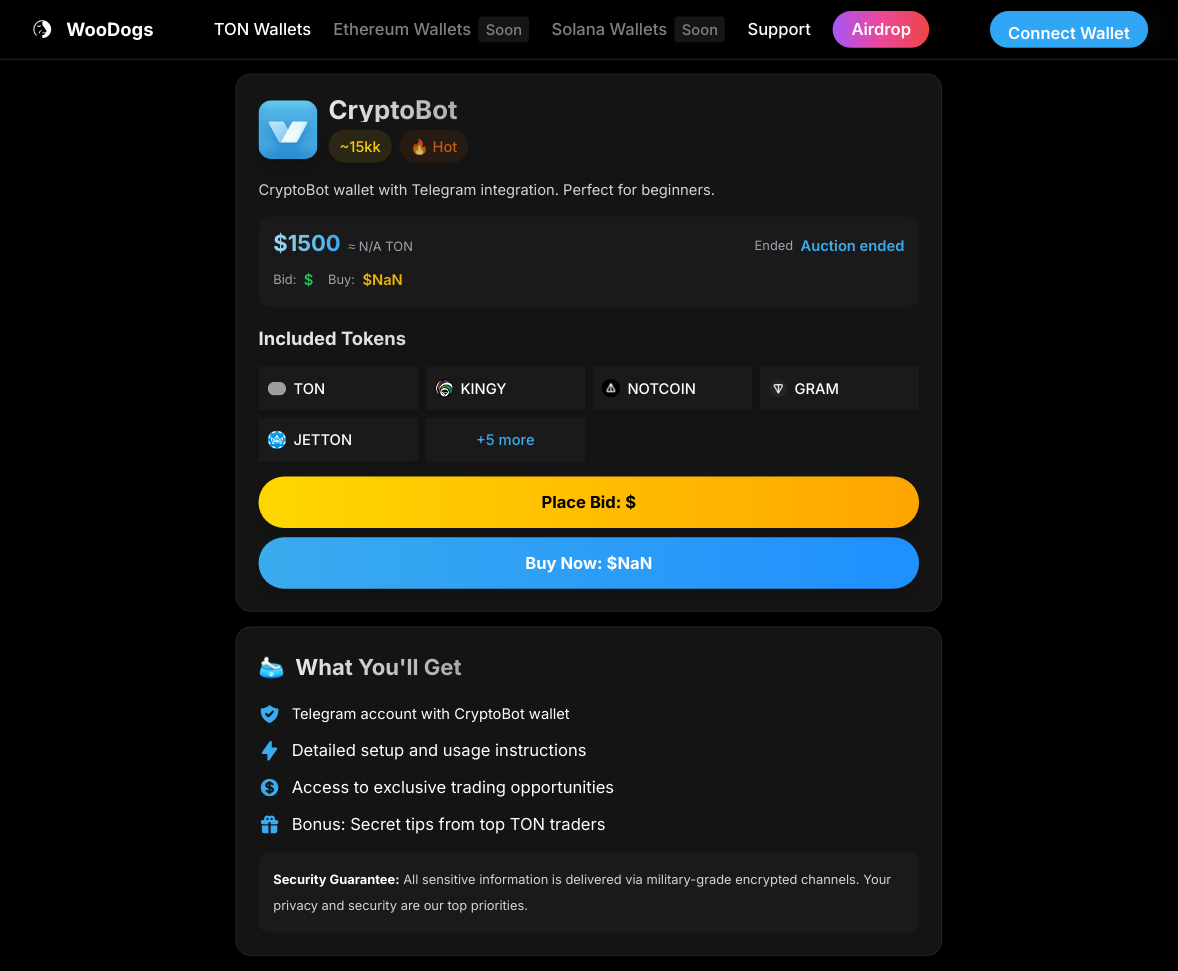
Repository: itititi/woofdogs_off
Page: /wallet/cryptobot-1
The author's editor kept a copy of each file at every save. The page is drawn from the files as they stood at one save, then again after the next save.
The browser window is 1280 px wide. The pictures show the whole page, at 92% of full size.
Pictures or frames that could not be fetched are drawn as grey boxes. The page's requests for data from a server got no answer. The project was rebuilt for these pictures with package versions that can differ from the ones it lists, and the page was loaded fresh each time. The framework's server and built-in components were replaced by stand-ins that run in the browser. No one was signed in, and anything a server would have sent is missing. Also part of the build but not shown: next.config.mjs.

Above is the page before, as saved 2024-10-30 23:36:22.

### src/app/layout.tsx
import type { Metadata } from "next";
import { Inter } from "next/font/google";
import "./globals.css";
import { SearchProvider } from '@/components/SearchContext';
import { LanguageProvider } from '@/contexts/LanguageContext';

const inter = Inter({ subsets: ["latin"] });

export const metadata: Metadata = {
  title: "WooDogs",
  description: "Buy and sell TON wallets",
  metadataBase: new URL('https://woodogs.com'),
  alternates: {
    canonical: '/',
    languages: {
      'en-US': '/en-US',
    },
  },
};

export default function RootLayout({
  children,
}: Readonly<{
  children: React.ReactNode;
}>) {
  return (
    <html lang="en" className="bg-black" suppressHydrationWarning>
      <head>
        <link rel="preload" href="/dogs.gif" as="image" />
        <link rel="preload" href="/invite.gif" as="image" />
        <link rel="preload" href="/flag.gif" as="image" />
        <link rel="preload" href="/history.gif" as="image" />
        <link rel="preload" href="/inside.gif" as="image" />
        <link rel="preload" href="/notfound.gif" as="image" />
        <link rel="preload" href="/dogs.webp" as="image" />
        <link rel="preload" href="/invite.webp" as="image" />
        <link rel="preload" href="/success.gif" as="image" />
      </head>
      <body className={`${inter.className} bg-black text-white min-h-screen overflow-x-hidden`}>
        <LanguageProvider>
          <SearchProvider>
            <div className="bg-black min-h-screen flex flex-col">
              {children}
            </div>
          </SearchProvider>
        </LanguageProvider>
      </body>
    </html>
  );
}

### src/app/wallet/[id]/page.tsx
'use client';

import React, { useEffect, useState, useMemo } from 'react';
import Image from 'next/image';
import { getWalletData } from '@/data/getWalletData';
import { useRouter } from 'next/navigation';
import Header from '@/components/Header';
import WalletSkeleton from '@/components/WalletSkeleton';
import { WalletOffer } from '@/data/walletOffers';

interface WalletPageProps {
  params: {
    id: string;
  };
}

const getWalletContents = (walletName: string) => {
  switch (walletName) {
    case 'CryptoBot':
      return "Telegram account with CryptoBot wallet";
    case 'TON Wallet':
      return "TON Wallet account";
    case 'TON Space':
      return "Seed phrases for TON Space wallet";
    default:
      return "Wallet account details";
  }
};

export default function WalletPage({ params }: WalletPageProps) {
  const [wallet, setWallet] = useState<WalletOffer | null>(null);
  const [tonAmount, setTonAmount] = useState<string>('N/A');
  const [isLoading, setIsLoading] = useState(true);
  const router = useRouter();
  const [timeLeft, setTimeLeft] = useState<string>('');
  const [isAuctionEnded, setIsAuctionEnded] = useState(false);

  const additionalTokensCount = useMemo(() => {
    if (!wallet) return 5;
    const seed = params.id.split('').reduce((acc, char) => acc + char.charCodeAt(0), 0);
    return 5 + (seed % 6);
  }, [params.id, wallet]);

  const auctionEndTime = useMemo(() => {
    if (typeof window === 'undefined') return 0;
    const storedEndTime = localStorage.getItem(`auctionEndTime_${params.id}`);
    if (storedEndTime) {
      return parseInt(storedEndTime, 10);
    }
    const seed = params.id.split('').reduce((acc, char) => acc + char.charCodeAt(0), 0);
    const random = Math.sin(seed) * 10000;
    const hours = Math.floor(random % 48);
    const endTime = Date.now() + hours * 3600000;
    localStorage.setItem(`auctionEndTime_${params.id}`, endTime.toString());
    return endTime;
  }, [params.id]);

  useEffect(() => {
    const fetchData = async () => {
      setIsLoading(true);
      const walletData = await getWalletData(params.id);
      if (!walletData) {
        router.push('/404');
        return;
      }
      setWallet(walletData);

      try {
        const response = await fetch('https://api.coingecko.com/api/v3/simple/price?ids=the-open-network&vs_currencies=usd');
        const data = await response.json();
        const tonPrice = data['the-open-network'].usd;
        setTonAmount((walletData.priceUSD / tonPrice).toFixed(2));
      } catch (error) {
        console.error('Error fetching TON price:', error);
      }

      setIsLoading(false);
    };

    fetchData();
  }, [params.id, router]);

  useEffect(() => {
    const updateTimer = () => {
      const now = Date.now();
      const difference = auctionEndTime - now;

      if (difference <= 0) {
        setIsAuctionEnded(true);
        setTimeLeft('Auction ended');
      } else {
        const hours = Math.floor((difference / (1000 * 60 * 60)) % 24);
        const minutes = Math.floor((difference / 1000 / 60) % 60);
        const seconds = Math.floor((difference / 1000) % 60);
        setTimeLeft(`${hours.toString().padStart(2, '0')}:${minutes.toString().padStart(2, '0')}:${seconds.toString().padStart(2, '0')}`);
        setIsAuctionEnded(false);
      }
    };

    updateTimer();
    const timer = setInterval(updateTimer, 1000);

    return () => clearInterval(timer);
  }, [auctionEndTime]);

  const handleClose = () => {
    router.push('/');
  };

  if (isLoading) {
    return <WalletSkeleton />;
  }

  if (!wallet) {
    return null;
  }

  const walletContents = getWalletContents(wallet.name);
  const buyNowPrice = Math.round((wallet.priceUSD + wallet.auctionPriceUSD) / 2);

  return (
    <div className="min-h-screen bg-black text-white flex flex-col">
      <Header />
      <main className="flex-grow py-4 px-4 mt-14 sm:mt-16 overflow-y-auto">
        <div className="max-w-3xl mx-auto">
          <div className="bg-[#141414] rounded-2xl overflow-hidden shadow-2xl p-4 sm:p-6 mb-4 border border-[#2A2A2E]">
            <button
              onClick={handleClose}
              className="absolute top-4 right-4 text-gray-400 hover:text-white transition-colors duration-200"
            >
              <svg xmlns="http://www.w3.org/2000/svg" className="h-7 w-7" viewBox="0 0 20 20" fill="currentColor">
                <path fillRule="evenodd" d="M4.293 4.293a1 1 0 011.414 0L10 8.586l4.293-4.293a1 1 0 111.414 1.414L11.414 10l4.293 4.293a1 1 0 01-1.414 1.414L10 11.414l-4.293 4.293a1 1 0 01-1.414-1.414L8.586 10 4.293 5.707a1 1 0 010-1.414z" clipRule="evenodd" />
              </svg>
            </button>

            {/* Header section */}
            <div className="flex items-center mb-4">
              <div className="w-16 h-16 rounded-[22%] overflow-hidden mr-3 shadow-lg">
                <Image src={wallet.icon} alt={wallet.name} width={64} height={64} className="object-cover" />
              </div>
              <div>
                <h1 className="text-[28px] font-bold titanium-gradient mb-2">{wallet.name}</h1>
                <div className="flex items-center gap-2">
                  <span className="text-[16px] text-yellow-400 font-medium bg-yellow-400/10 px-3 py-1 rounded-full shadow-md">
                    {wallet.priceRange}
                  </span>
                  {wallet.isHot && (
                    <span className="text-[16px] text-orange-500 font-medium bg-orange-500/10 px-3 py-1 rounded-full animate-pulse">
                      🔥 Hot
                    </span>
                  )}
                </div>
              </div>
            </div>

            {/* Description */}
            <p className="text-[16px] text-gray-300 mb-4 leading-relaxed">{wallet.description}</p>

            {/* Price section */}
            <div className="bg-[#1A1A1A] rounded-xl p-4 mb-4 shadow-inner">
              <div className="flex flex-col gap-2">
                <div className="flex items-center justify-between">
                  <div className="flex items-baseline">
                    <span className="text-[24px] font-bold bg-gradient-to-r from-[#A0D8EF] to-[#3AABEE] text-transparent bg-clip-text">
                      ${wallet.priceUSD}
                    </span>
                    <span className="text-[14px] text-gray-400 ml-2">
                      ≈ {tonAmount} TON
                    </span>
                  </div>
                  <div className="flex items-center">
                    <span className="text-[14px] text-gray-400 mr-2">
                      {isAuctionEnded ? 'Ended' : 'Ends:'}
                    </span>
                    <span className="text-[16px] font-semibold text-[#3AABEE]">
                      {timeLeft}
                    </span>
                  </div>
                </div>
                <div className="flex items-center justify-between">
                  <div className="flex items-center gap-4">
                    <div className="flex items-center">
                      <span className="text-[14px] text-gray-400">Bid:</span>
                      <span className="text-[16px] font-semibold text-green-500 ml-2">${wallet.auctionPriceUSD}</span>
                    </div>
                    <div className="flex items-center">
                      <span className="text-[14px] text-gray-400">Buy:</span>
                      <span className="text-[16px] font-semibold text-yellow-500 ml-2">${buyNowPrice}</span>
                    </div>
                  </div>
                </div>
              </div>
            </div>

            {/* Tokens section */}
            <div className="mb-4">
              <h3 className="text-[20px] font-bold titanium-gradient mb-3">Included Tokens</h3>
              <div className="grid grid-cols-2 sm:grid-cols-4 gap-2">
                {wallet.tokens.map((tokenData, index) => (
                  <div key={index} className="bg-[#1A1A1A] rounded-lg p-2.5 flex items-center shadow-md">
                    <Image
                      src={tokenData.token.logo}
                      alt={tokenData.token.name}
                      width={20}
                      height={20}
                      className="rounded-full mr-2"
                    />
                    <span className="text-[16px] font-medium">{tokenData.token.symbol}</span>
                  </div>
                ))}
                <div className="bg-[#1A1A1A] rounded-lg p-2.5 flex items-center justify-center">
                  <span className="text-[16px] font-medium text-[#3AABEE]">
                    +{additionalTokensCount} more
                  </span>
                </div>
              </div>
            </div>

            {/* Action buttons */}
            <div className="flex flex-col gap-2.5">
              <button className="w-full bg-gradient-to-r from-[#FFD700] to-[#FFA500] text-black text-[18px] font-bold py-3.5 px-6 rounded-full hover:brightness-110 transition-all duration-300 shadow-lg hover:shadow-xl">
                Place Bid: ${wallet.auctionPriceUSD}
              </button>
              <button className="w-full bg-gradient-to-r from-[#3AABEE] to-[#1E90FF] text-white text-[18px] font-bold py-3.5 px-6 rounded-full hover:brightness-110 transition-all duration-300 shadow-lg hover:shadow-xl">
                Buy Now: ${buyNowPrice}
              </button>
            </div>
          </div>

          {/* What's Inside section */}
          <div className="bg-[#141414] rounded-2xl overflow-hidden shadow-2xl p-4 sm:p-6 border border-[#2A2A2E]">
            <div className="flex items-center mb-4">
              <Image
                src="/inside.gif"
                alt="What's Inside"
                width={28}
                height={28}
                className="mr-3"
              />
              <h2 className="text-[24px] font-bold titanium-gradient">What You'll Get</h2>
            </div>
            <ul className="space-y-3">
              <li className="flex items-center">
                <svg xmlns="http://www.w3.org/2000/svg" className="h-6 w-6 mr-3 text-[#3AABEE]" viewBox="0 0 20 20" fill="currentColor">
                  <path fillRule="evenodd" d="M2.166 4.999A11.954 11.954 0 0010 1.944 11.954 11.954 0 0017.834 5c.11.65.166 1.32.166 2.001 0 5.225-3.34 9.67-8 11.317C5.34 16.67 2 12.225 2 7c0-.682.057-1.35.166-2.001zm11.541 3.708a1 1 0 00-1.414-1.414L9 10.586 7.707 9.293a1 1 0 00-1.414 1.414l2 2a1 1 0 001.414 0l4-4z" clipRule="evenodd" />
                </svg>
                <span className="text-[16px]">{walletContents}</span>
              </li>
              <li className="flex items-center">
                <svg xmlns="http://www.w3.org/2000/svg" className="h-6 w-6 mr-3 text-[#3AABEE]" viewBox="0 0 20 20" fill="currentColor">
                  <path fillRule="evenodd" d="M11.3 1.046A1 1 0 0112 2v5h4a1 1 0 01.82 1.573l-7 10A1 1 0 018 18v-5H4a1 1 0 01-.82-1.573l7-10a1 1 0 011.12-.38z" clipRule="evenodd" />
                </svg>
                <span>Detailed setup and usage instructions</span>
              </li>
              <li className="flex items-center">
                <svg xmlns="http://www.w3.org/2000/svg" className="h-6 w-6 mr-3 text-[#3AABEE]" viewBox="0 0 20 20" fill="currentColor">
                  <path d="M8.433 7.418c.155-.103.346-.196.567-.267v1.698a2.305 2.305 0 01-.567-.267C8.07 8.34 8 8.114 8 8c0-.114.07-.34.433-.582zM11 12.849v-1.698c.22.071.412.164.567.267.364.243.433.468.433.582 0 .114-.07.34-.433.582a2.305 2.305 0 01-.567.267z" />
                  <path fillRule="evenodd" d="M10 18a8 8 0 100-16 8 8 0 000 16zm1-13a1 1 0 10-2 0v.092a4.535 4.535 0 00-1.676.662C6.602 6.234 6 7.009 6 8c0 .99.602 1.765 1.324 2.246.48.32 1.054.545 1.676.662v1.941c-.391-.127-.68-.317-.843-.504a1 1 0 10-1.51 1.31c.562.649 1.413 1.076 2.353 1.253V15a1 1 0 102 0v-.092a4.535 4.535 0 001.676-.662C13.398 13.766 14 12.991 14 12c0-.99-.602-1.765-1.324-2.246A4.535 4.535 0 0011 9.092V7.151c.391.127.68.317.843.504a1 1 0 101.511-1.31c-.563-.649-1.413-1.076-2.354-1.253V5z" clipRule="evenodd" />
                </svg>
                <span>Access to exclusive trading opportunities</span>
              </li>
              <li className="flex items-center">
                <svg xmlns="http://www.w3.org/2000/svg" className="h-6 w-6 mr-3 text-[#3AABEE]" viewBox="0 0 20 20" fill="currentColor">
                  <path fillRule="evenodd" d="M5 5a3 3 0 015-2.236A3 3 0 0114.83 6H16a2 2 0 110 4h-5V9a1 1 0 10-2 0v1H4a2 2 0 110-4h1.17C5.06 5.687 5 5.35 5 5zm4 1V5a1 1 0 10-1 1h1zm3 0a1 1 0 10-1-1v1h1z" clipRule="evenodd" />
                  <path d="M9 11H3v5a2 2 0 002 2h4v-7zM11 18h4a2 2 0 002-2v-5h-6v7z" />
                </svg>
                <span>Bonus: Secret tips from top TON traders</span>
              </li>
            </ul>
            <div className="mt-4 bg-[#1A1A1A] p-4 rounded-xl">
              <p className="text-[14px] text-gray-300">
                <strong className="text-white">Security Guarantee:</strong> All sensitive information is delivered via military-grade encrypted channels. Your privacy and security are our top priorities.
              </p>
            </div>
          </div>
        </div>
      </main>
    </div>
  );
}

### src/components/SearchContext.tsx
'use client';

import React, { createContext, useState, useContext, ReactNode } from 'react';

interface SearchContextType {
  searchTerm: string;
  setSearchTerm: (term: string) => void;
}

const SearchContext = createContext<SearchContextType | undefined>(undefined);

export const SearchProvider: React.FC<{ children: ReactNode }> = ({ children }) => {
  const [searchTerm, setSearchTerm] = useState('');

  return (
    <SearchContext.Provider value={{ searchTerm, setSearchTerm }}>
      {children}
    </SearchContext.Provider>
  );
};

export const useSearch = () => {
  const context = useContext(SearchContext);
  if (context === undefined) {
    throw new Error('useSearch must be used within a SearchProvider');
  }
  return context;
};

### src/contexts/LanguageContext.tsx
'use client';

import React, { createContext, useState, useContext, useEffect, ReactNode } from 'react';

type LanguageContextType = {
  language: string;
  setLanguage: (lang: string) => void;
};

const LanguageContext = createContext<LanguageContextType | undefined>(undefined);

export const useLanguage = () => {
  const context = useContext(LanguageContext);
  if (context === undefined) {
    throw new Error('useLanguage must be used within a LanguageProvider');
  }
  return context;
};

export const LanguageProvider: React.FC<{ children: ReactNode }> = ({ children }) => {
  const [language, setLanguage] = useState('en');

  useEffect(() => {
    localStorage.setItem('language', 'en');
    document.documentElement.lang = 'en';
  }, []);

  const handleSetLanguage = (lang: string) => {
    setLanguage(lang);
    localStorage.setItem('language', lang);
    document.documentElement.lang = lang;
  };

  return (
    <LanguageContext.Provider value={{ language, setLanguage: handleSetLanguage }}>
      {children}
    </LanguageContext.Provider>
  );
};

### src/data/getWalletData.ts
import { finalWalletOffers, WalletOffer } from './walletOffers';

export async function getWalletData(id: string): Promise<WalletOffer | null> {
  // Имитация задержки запроса к API
  await new Promise(resolve => setTimeout(resolve, 100));

  const wallet = finalWalletOffers.find(offer => offer.id === id);
  return wallet || null;
}

### src/data/tonTokens.ts
export interface TonToken {
  symbol: string;
  name: string;
  logo: string;
}

export const tonTokens: TonToken[] = [
  { symbol: 'TON', name: 'Toncoin', logo: 'https://ton.org/download/ton_symbol.png' },
  { symbol: 'KINGY', name: 'Kingycoin', logo: 'https://placehold.co/32x32?text=KINGY' },
  { symbol: 'NOTCOIN', name: 'Notcoin', logo: 'https://placehold.co/32x32?text=NOTCOIN' },
  { symbol: 'BOLT', name: 'Bolt', logo: 'https://placehold.co/32x32?text=BOLT' },
  { symbol: 'GRAM', name: 'Gram', logo: 'https://placehold.co/32x32?text=GRAM' },
  { symbol: 'JETTON', name: 'Jetton', logo: 'https://placehold.co/32x32?text=JETTON' },
  { symbol: 'TONEX', name: 'TonEx', logo: 'https://placehold.co/32x32?text=TONEX' },
  { symbol: 'SCALE', name: 'Scale', logo: 'https://placehold.co/32x32?text=SCALE' },
  { symbol: 'ORBIT', name: 'Orbit', logo: 'https://placehold.co/32x32?text=ORBIT' },
  { symbol: 'TEGRO', name: 'Tegro', logo: 'https://placehold.co/32x32?text=TEGRO' },
  // Добавьте еще токены по необходимости
];

Loaded but not shown: src/components/Header.tsx (239 lines, source omitted); src/data/walletOffers.ts (183 lines, source omitted); src/app/globals.css (318 lines, source omitted); src/components/WalletSkeleton.tsx (77 lines, source omitted); tailwind.config.ts (82 lines, source omitted)

After the next save:
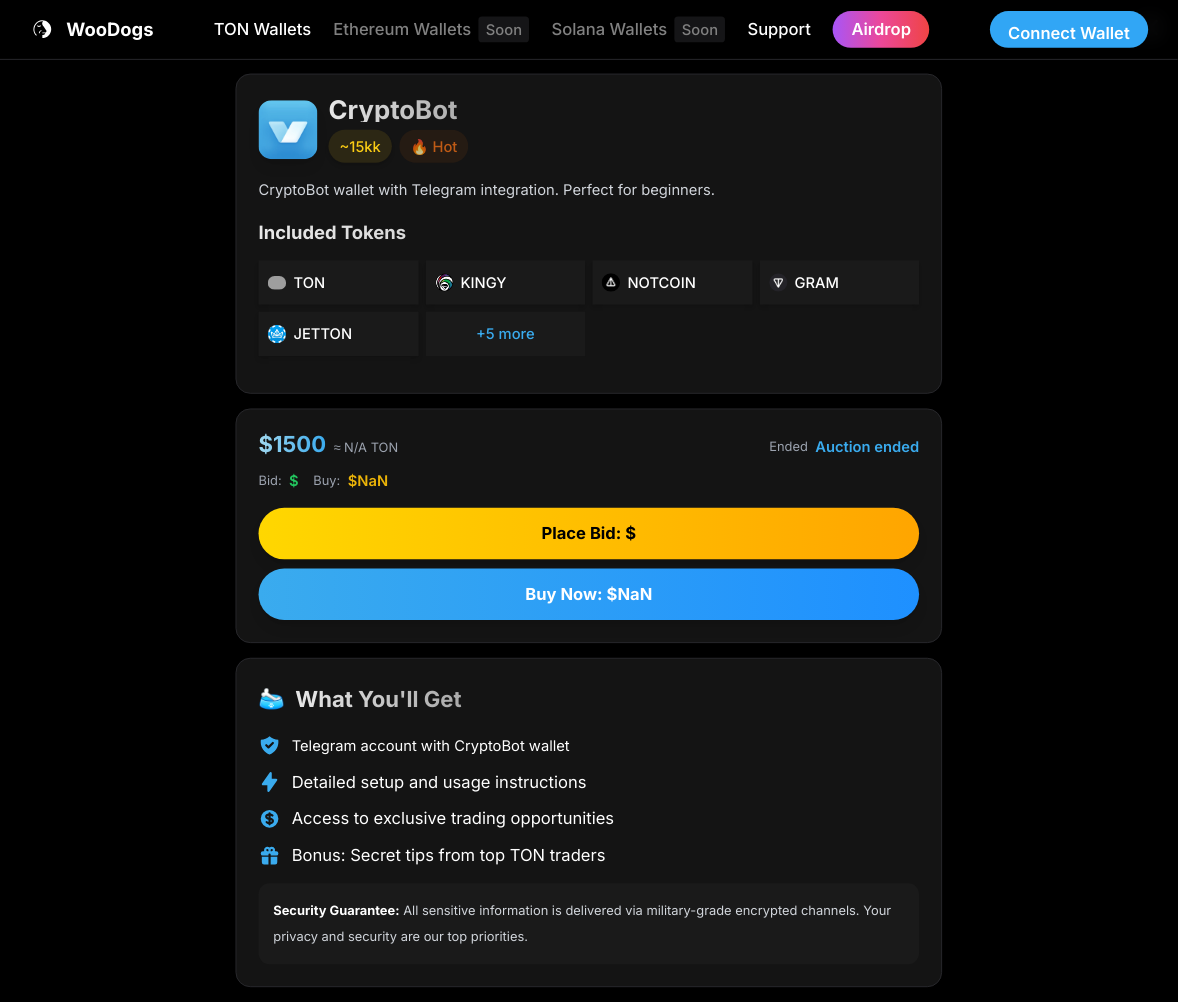
Saved 113 s later.
--- a/src/app/wallet/[id]/page.tsx
+++ b/src/app/wallet/[id]/page.tsx
@@ -155,42 +155,6 @@
 
             {/* Description */}
             <p className="text-[16px] text-gray-300 mb-4 leading-relaxed">{wallet.description}</p>
-
-            {/* Price section */}
-            <div className="bg-[#1A1A1A] rounded-xl p-4 mb-4 shadow-inner">
-              <div className="flex flex-col gap-2">
-                <div className="flex items-center justify-between">
-                  <div className="flex items-baseline">
-                    <span className="text-[24px] font-bold bg-gradient-to-r from-[#A0D8EF] to-[#3AABEE] text-transparent bg-clip-text">
-                      ${wallet.priceUSD}
-                    </span>
-                    <span className="text-[14px] text-gray-400 ml-2">
-                      ≈ {tonAmount} TON
-                    </span>
-                  </div>
-                  <div className="flex items-center">
-                    <span className="text-[14px] text-gray-400 mr-2">
-                      {isAuctionEnded ? 'Ended' : 'Ends:'}
-                    </span>
-                    <span className="text-[16px] font-semibold text-[#3AABEE]">
-                      {timeLeft}
-                    </span>
-                  </div>
-                </div>
-                <div className="flex items-center justify-between">
-                  <div className="flex items-center gap-4">
-                    <div className="flex items-center">
-                      <span className="text-[14px] text-gray-400">Bid:</span>
-                      <span className="text-[16px] font-semibold text-green-500 ml-2">${wallet.auctionPriceUSD}</span>
-                    </div>
-                    <div className="flex items-center">
-                      <span className="text-[14px] text-gray-400">Buy:</span>
-                      <span className="text-[16px] font-semibold text-yellow-500 ml-2">${buyNowPrice}</span>
-                    </div>
-                  </div>
-                </div>
-              </div>
-            </div>
 
             {/* Tokens section */}
             <div className="mb-4">
@@ -215,9 +179,43 @@
                 </div>
               </div>
             </div>
-
-            {/* Action buttons */}
-            <div className="flex flex-col gap-2.5">
+          </div>
+
+          <div className="bg-[#141414] rounded-2xl overflow-hidden shadow-2xl p-4 sm:p-6 mb-4 border border-[#2A2A2E]">
+            <div className="flex flex-col gap-2">
+              <div className="flex items-center justify-between">
+                <div className="flex items-baseline">
+                  <span className="text-[24px] font-bold bg-gradient-to-r from-[#A0D8EF] to-[#3AABEE] text-transparent bg-clip-text">
+                    ${wallet.priceUSD}
+                  </span>
+                  <span className="text-[14px] text-gray-400 ml-2">
+                    ≈ {tonAmount} TON
+                  </span>
+                </div>
+                <div className="flex items-center">
+                  <span className="text-[14px] text-gray-400 mr-2">
+                    {isAuctionEnded ? 'Ended' : 'Ends:'}
+                  </span>
+                  <span className="text-[16px] font-semibold text-[#3AABEE]">
+                    {timeLeft}
+                  </span>
+                </div>
+              </div>
+              <div className="flex items-center justify-between">
+                <div className="flex items-center gap-4">
+                  <div className="flex items-center">
+                    <span className="text-[14px] text-gray-400">Bid:</span>
+                    <span className="text-[16px] font-semibold text-green-500 ml-2">${wallet.auctionPriceUSD}</span>
+                  </div>
+                  <div className="flex items-center">
+                    <span className="text-[14px] text-gray-400">Buy:</span>
+                    <span className="text-[16px] font-semibold text-yellow-500 ml-2">${buyNowPrice}</span>
+                  </div>
+                </div>
+              </div>
+            </div>
+
+            <div className="flex flex-col gap-2.5 mt-4">
               <button className="w-full bg-gradient-to-r from-[#FFD700] to-[#FFA500] text-black text-[18px] font-bold py-3.5 px-6 rounded-full hover:brightness-110 transition-all duration-300 shadow-lg hover:shadow-xl">
                 Place Bid: ${wallet.auctionPriceUSD}
               </button>
@@ -227,7 +225,6 @@
             </div>
           </div>
 
-          {/* What's Inside section */}
           <div className="bg-[#141414] rounded-2xl overflow-hidden shadow-2xl p-4 sm:p-6 border border-[#2A2A2E]">
             <div className="flex items-center mb-4">
               <Image
